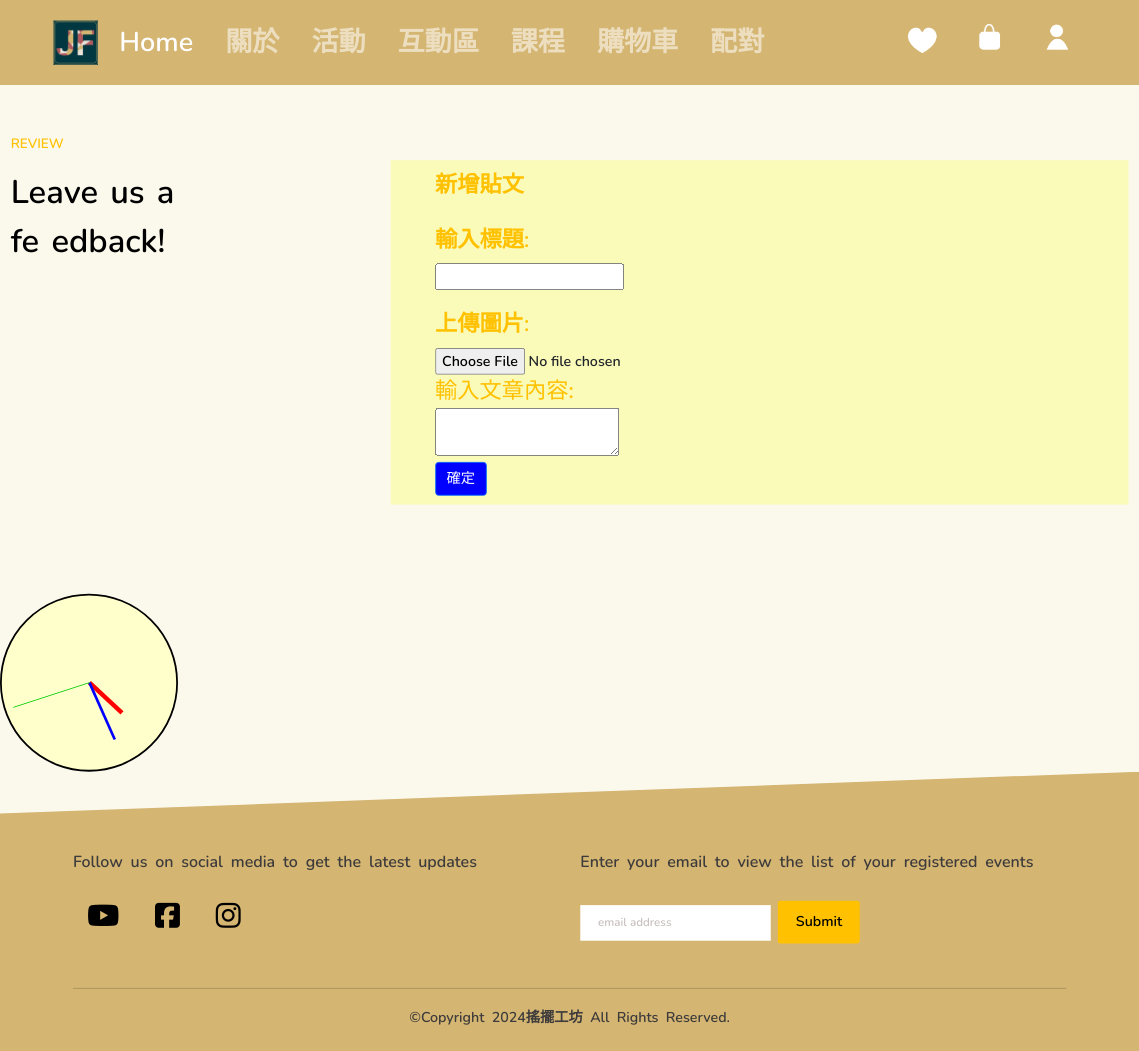
Repository: mmmooonnn0211/project
Page: workspace/demoSpringBoot-1/src/main/resources/static/html/LTInsertFront.html
The author's editor kept a copy of each file at every save. The page is drawn from the files as they stood at one save, then again after the next save.
The browser window is 1280 px wide. The pictures show the whole page, at 89% of full size.
Some web libraries are served in a nearby version.

Above is the page before, as saved 2024-05-09 11:47:03.
Console error: ReferenceError: jQuery is not defined

### workspace/demoSpringBoot-1/src/main/resources/static/html/LTInsertFront.html
<!DOCTYPE html>
<html lang="en">

<head>
	<meta charset="UTF-8">
	<meta name="viewport" content="width=device-width, initial-scale=1.0">
	<style>
		.main {
			min-height: 55vh;
			/* 让 .slant 至少占据整个视口高度 */

		}

		.clock {
			width: 200px;
			height: 200px;
			border: 2px solid #000;
			border-radius: 50%;
			background-color: #ffffcc;
			/* 背景淺黃色 */
			position: relative;
		}

		.hour,
		.minute,
		.second {
			position: absolute;
			background-color: #000;
			transform-origin: bottom center;
			/* 將旋轉的中心設置為底部中心 */
		}

		.hour {
			width: 5px;
			height: 50px;
			left: calc(50% - 2.5px);
			/* 計算時鐘中心 */
			bottom: 50%;
			background-color: #ff0000;
			/* 時針顏色：紅色 */
		}

		.minute {
			width: 3px;
			height: 70px;
			left: calc(50% - 1.5px);
			/* 計算時鐘中心 */
			bottom: 50%;
			background-color: #0000ff;
			/* 分針顏色：藍色 */
		}

		.second {
			width: 1px;
			height: 90px;
			left: calc(50% - 0.5px);
			/* 計算時鐘中心 */
			bottom: 50%;
			background-color: #00cc00;
			/* 秒針顏色：綠色 */
		}
	</style>
	<!-- Bootstrap CSS -->
	<link href="https://cdn.jsdelivr.net/npm/bootstrap@5.0.0-beta3/dist/css/bootstrap.min.css" rel="stylesheet"
		integrity="sha384-eOJMYsd53ii+scO/bJGFsiCZc+5NDVN2yr8+0RDqr0Ql0h+rP48ckxlpbzKgwra6" crossorigin="anonymous">
	<script src="https://kit.fontawesome.com/4287c80df9.js" crossorigin="anonymous"></script>

	<!--Google Font : Nunito-->
	<link rel="preconnect" href="https://fonts.gstatic.com">
	<link href="https://fonts.googleapis.com/css2?family=Nunito:wght@600&display=swap" rel="stylesheet">

	<!-- For style(All CSS content) -->
	<link rel="stylesheet" type="text/css" href="../styles/home.css" />
	<link rel="stylesheet" type="text/css" href="../styles/footer.css" />
	<link rel="stylesheet" type="text/css" href="../styles/navbar.css" />
	<link rel="icon" href="images/favicon.ico">

	<!-- JS Bundle for BS  -->
	<script src="https://cdn.jsdelivr.net/npm/popper.js@1.16.1/dist/umd/popper.min.js"
		integrity="sha384-9/reFTGAW83EW2RDu2S0VKaIzap3H66lZH81PoYlFhbGU+6BZp6G7niu735Sk7lN" crossorigin="anonymous">
		</script>

</head>


<body>



	</div>
	<!-- <section> -->
	<div class="main">
		<form method="post" action=" /LTinsertFront.controller" enctype="multipart/form-data"
			onsubmit="return validateForm();">
			<div class="container-fluid" style="margin-top: 150px;">
				<div class="row" style="margin-bottom: 100px; margin-top: 100px;">
					<div class="col-md-4" style="text-align: left;">
						<p class="review">REVIEW</p>
						<p class="feedback">Leave us a <br>fe edback!</p>
					</div>
					<div class="col-sm-8">
						<div class="container" id="cards" style="  background-color:rgb(250, 250, 185)">
							<div class="" style="margin: auto;">
								<div id="sugg" class="neon-yellow" style="font-weight: bold; font-size: 25px; ">新增貼文
								</div>
								<br>
								<div id="text" class="neon-yellow" style=" font-size: 25px;">輸入標題:
								</div>
								<div style="height:50px; ">
									<input id="title" name="title" style="width: auto;" ; />
								</div>
								<div id="text" class="neon-yellow" style="font-weight: bold; font-size: 25px;">上傳圖片:
								</div>
								<input type="file" id="picture" name="picture" />

								<div id="picture" class="neon-yellow" style="font-size:25px; ">
									輸入文章內容:
								</div>
								<textarea id="content" name="content"></textarea>

								<div>
									<button type="submit" class="btn btn-primary"
										style="background-color:blue">確定</button>
								</div>
							</div>
						</div>
					</div>
				</div>
			</div>
		</form>
		<div class="container text-center">

		</div>
	</div>




	<div class="container">
	</div>


	<script>

		fetch('basic.html')
			.then(response => response.text())
			.then(html => {
				document.body.innerHTML += html;
			});

	</script>
	<div id="clock"></div>

	<div class="clock" id="clock">
		<div class="hour" id="hour"></div>
		<div class="minute" id="minute"></div>
		<div class="second" id="second"></div>
	</div>

	<script>
		function updateClock() {
			var now = new Date();
			var hours = now.getHours();
			var minutes = now.getMinutes();
			var seconds = now.getSeconds();

			var hourDeg = (hours % 12) * 30 + minutes * 0.5; // 一小時30度，一分鐘0.5度
			var minuteDeg = minutes * 6; // 一分鐘6度
			var secondDeg = seconds * 6; // 一秒鐘6度

			document.getElementById('hour').style.transform = 'rotate(' + hourDeg + 'deg)';
			document.getElementById('minute').style.transform = 'rotate(' + minuteDeg + 'deg)';
			document.getElementById('second').style.transform = 'rotate(' + secondDeg + 'deg)';
		}

		// 每秒更新一次時間
		setInterval(updateClock, 1000);

		// 初始化頁面時立即更新時間
		updateClock();
	</script>
	<script type="text/javascript" charset="utf8"
		src="https://cdn.datatables.net/1.11.5/js/jquery.dataTables.js"></script>
	<script src="https://cdn.jsdelivr.net/npm/bootstrap@5.0.0-beta3/dist/js/bootstrap.bundle.min.js"
		integrity="sha384-JEW9xMcG8R+pH31jmWH6WWP0WintQrMb4s7ZOdauHnUtxwoG2vI5DkLtS3qm9Ekf" crossorigin="anonymous">
		</script>

</body>

</html>

### workspace/demoSpringBoot-1/src/main/resources/static/styles/home.css
/* hiding vertical scroll bar from every page */
::-webkit-scrollbar {
  width: 0 !important
}




body {
  font-family: 'Nunito', sans-serif;
  background-color: #FBF8EC;
  word-spacing: 0.25rem;
}

::selection {
  color: black;
  background: #ffc100;
}

::placeholder {
  color: rgb(202, 192, 192);
}

.neon-yellow {
  color: #ffc100;
}

.working-heading {
  font-size: 2.3rem;
  font-weight: bold;
  color: black;
}


.date-style {
  font-weight: 850;
  padding: 0 0 0.3rem 0;
}

.sub-heading {
  font-size: 1.5rem;
  font-weight: 1000;
  padding: 0 0 0.3rem 0;
}

.small-subtext {
  color: black;
  font-weight: 700;
  font-size: 1rem;
}

.process-heading {
  font-weight: 1000;
  font-size: 0.95rem;
}

.eng,
.feedback,
.some {
  font-size: 2.3rem;
  font-weight: 1000;
  color: black;
}

.center-line {
  border-left: 0.58rem solid #ffc100;
  height: 110%;
  position: absolute;
  top: 0%;
  left: 0%;
}

.padding-for-mobile {
  padding: 0 1rem 2rem 4rem;
  text-align: left;
  /*background-color:  white;*/
}

.stickyy-corner {
  position: -webkit-sticky;
  position: sticky;
  top: 0;
}

.timeline-left-style {
  color: black;
  text-align: right;
  padding: 0 4rem 0 5.2rem;
}

.timeline-right-style {
  color: black;
  text-align: left;
  position: relative;
  padding: 0 5.2rem 0 4rem;
  overflow-y: hidden;
}

.d-block {
  margin-top: 2%;
  border-radius: 7px;
  border: 3px solid rgb(245, 241, 241);
  width: 100%;
}

.chess,
.review,
.event {
  color: #ffc100;
  font-weight: 850;
  font-size: 0.95rem;
}


#text {
  font-weight: 850;
  font-size: 0.75rem;
  margin-bottom: 7px;
}

#sugg {
  font-size: 1.5rem;
  font-weight: 1000;
}

#btn {
  background-color: #ffc100;
  color: rgb(0, 0, 0);
  padding: 10px 20px;
  text-align: center;
  border: none;
  border-radius: 3px;
  display: block;
  margin: auto;
  margin-top: 15px;
  font-weight: bold;
}


#box,
#msg {
  background-color: #DDDDDD;
  border-radius: 3.5px;
  border: none;
  margin-bottom: 12px;
  width: 100%;
}

#msg {
  height: 120px;
}

#box {
  height: 35px;
}

#spon {
  color: black;
  margin-top: 60px;
  display: flex;
  justify-content: space-evenly;
  align-items: center;
  font-weight: bold;
  margin-bottom: 20px;
}

.image {
  height: 100px;
}

.image3 {
  height: 250px;
  overflow-y: hidden;
}

.pic1,
.pic2 {
  font-weight: bold;
  font-size: medium;
}

.pic1 {
  margin-top: 20px;
}

.column {
  display: flex;
  flex-direction: column;
  justify-content: space-evenly;
  align-items: center;
}

.columns {
  display: flex;
  flex-direction: column;
  justify-content: center;
  align-items: flex-start;
}

.pic2 {
  color: gray;
  font-size: small;
}

.event,
.some,
.last,
.pic,
.pic1,
.pic2 {
  display: flex;
  justify-content: space-evenly;
  align-items: center;
}

.subhead {
  color: black;
  font-size: 3rem;
  overflow-y: hidden;
}

.active {
  color: #ffc100;
}

.active:hover {
  color: #ffc100;
}

p {
  color: black;
}

.title-img {
  width: 25%;
  margin-left: 8%;
  transform: rotate(10deg);
}

.hover {
  color: #ffc100;
}

.title-img3 {
  width: 25%;
  transform: rotate(-10deg);
}

.title-img2 {
  width: 35%;
  padding-right: 5%;
  padding-left: 5%;


}

.carousel-img-styles {
  border: 0.13rem solid black;
  border-radius: 1rem;
}

h1 {
  font-size: 5rem;
  line-height: 1.5;
  font-weight: 900;
}

#title {
  margin-bottom: 11rem;
}

.col-lg-3 {
  padding-left: 3rem;
}

.ex-btn {
  margin-top: 2.5rem;
  margin-bottom: 30px;
}

.carousel-container {
  width: 55%;
}

#cards {
  padding: 10px 50px;
}

.card {
  background-color: black;
  border-radius: 10px;
  /* display: block;
    margin: auto;
    font: 16px;
    width:55%; */
  padding: 30px 20px;

}

@media only screen and (max-width: 767px) {
  .small-subtext {
    font-size: 0.8rem;
  }

  .padding-for-mobile {
    padding: 0 0 4rem 2rem;
  }

  /*
  .sticky-corner {
    position: static;
  }
  */
  #cards {
    padding: 0px 20px;
  }


  .sub-heading {
    font-size: 1.3rem;
  }

  .process-heading {
    font-size: 0.85rem;
  }

  .working-heading {
    font-size: 1.5rem;
  }

  .timeline-left-style {
    padding: 0 2.5rem 0 3rem;
  }

  .timeline-right-style {
    padding: 0 3rem 0 2.5rem;
  }

  #spon {
    font-size: 1.5rem;
  }

  .some,
  .eng,
  .feedback {
    font-size: 1.5rem;
  }

  .card {
    width: 100%;
  }

  .pic {
    flex-direction: column;
  }

  .carousel-container {
    width: 85%;
  }
}

@media only screen and (max-width: 575px) {

  .title-img,
  .title-img3 {
    display: none;
  }

  .title-img2 {
    display: block;
    margin: auto;
    width: 100%;
    padding: 50px;
  }
}

@media only screen and (max-width: 375px) {


  .date-style {
    font-size: 0.8rem;
  }

  .sub-heading {
    font-size: 0.9rem;
  }

  .small-subtext {
    font-size: 0.7rem;
  }

  .timeline-left-style {
    padding: 0 1.6rem 0 2rem;
  }

  .timeline-right-style {
    padding: 0 2rem 0 2rem;
  }
}

### workspace/demoSpringBoot-1/src/main/resources/static/styles/footer.css
/*
hiding vertical scroll bar from every page
*/
::-webkit-scrollbar {
    width: 0 !important
}




.slant {
    /* width: 110%;
    background-color: #DDDDDD;
    transform: rotate(-3deg);
    height: 100px; */
    clip-path: polygon(0 15%, 100% 0, 100% 100%, 0 100%);
  }

  .container{
    margin-top: 30px;
  }

  .left, .right {
    font-size: large;
    font-weight: bold;
    margin-top: 50px;
    color: rgb(61, 59, 59);
    margin-bottom: 30px;
  }

  .below {
    background-color:#D4B572;
    position: relative;
    padding-top: 8px;
    padding-bottom: 6px;
    width: 100%;
    height: 100%;
  }

  #mail {
    border: none;
    height: 30px;
    padding: 20px;
    font-size: small;
    font-weight: bold;
  }

  #bttn {
    background-color: #ffc100;
    color: black;
    padding: 12px 20px;
    text-align: center;
    border: none;
    border-radius: 3px;
    font-weight: bold;
  }


  .fa-youtube:hover{
    color: rgb(230, 59, 59);
    transition: 0.5s;
  }

  .fa-twitter:hover, .fa-facebook-square:hover{
    color: rgba(18, 212, 212, 0.596);
    transition: 0.5s;
  }

  .fa-instagram:hover{
    color: rgb(218, 30, 61);
    transition: 0.5s;
  }

  .fa-github{
    color: rgb(43, 36, 36);
    transition: 0.5s;
  }

  .fab {
    padding: 0 1rem 0 1rem;
    font-size: 2rem;
    color: black;
  }

  .last {
    font-weight: 900;
    color: rgb(61, 59, 59);
    margin: 20px;
    display: flex;
  justify-content: space-evenly;
  align-items: center;
  }

  @media only screen and (max-width: 767px) {
    .slant{
      clip-path: polygon(0 5%, 100% 0, 100% 100%, 0 100%);
    }
  }

  @media only screen and (max-width: 375px) {
    .slant{
      clip-path: polygon(0 5%, 100% 0, 100% 100%, 0 100%);
    }
  }

### workspace/demoSpringBoot-1/src/main/resources/static/styles/navbar.css
/* 鼠標移動導覽列*/
.nav-item :hover {
  color: rgb(255, 128, 128);
  cursor: pointer;
  background-color: #B15A5E;
  border-radius: 10px;
}

.navbar a {
  color: #ff2600a2;
  border-radius: 10px;
}


.navbar {
  padding: 1rem 2rem;
  position: fixed;
  z-index: 100;
  width: 100%;
  margin: 0;
  top: 0;
  left: 0;
  background-color: #D4B572;
}

.nav-item {
  padding: 0 20px 0 0;
}

.nav-link {
  font-size: 1.9rem;
  font-weight: 900;

}


.dropdown-item,
.dropdown-menu {
  background-color: #B15A5E;
  color: #BF3F41;
  ;
  margin: 0;
}






.dropdown-menu a {
  color: white;
  ;
  text-decoration: none;
  display: block;
  text-align: left;
}

### workspace/demoSpringBoot-1/src/main/resources/static/html/basic.html
<!doctype html>
<html lang="en">

<head>
    <!-- Required meta tags -->
    <meta charset="utf-8">
    <meta name="viewport" content="width=device-width, initial-scale=1">




    <title>JFSwing</title>
</head>

<body>

    <!-- Shashank's Section -->
    <!-- <section class="title"> -->
    <!-- Navbar section -->
    <nav class="navbar navbar-expand-lg navbar-dark">
        <!-- <LOGO> -->
        <div class="container-fluid">
            <div width="50px" height="50px">
                <a class="m-3" href="index.html"> <img src="../images/LOGO.png" width="50px" height="50px"
                        alt="Eternals">
                </a>
                <button class="navbar-toggler" type="button" data-bs-toggle="collapse" data-bs-target="#navbarCollapse"
                    aria-controls="navbarCollapse" aria-expanded="false" aria-label="Toggle navigation">
                    <span class="navbar-toggler-icon"></span>
                </button>
            </div>
            <div class="collapse navbar-collapse" id="navbarCollapse">
                <ul class="navbar-nav ">
                    <li class="nav-item">
                        <a class="nav-link active" href="frontPage.html">Home </a>
                    </li>
                    <li class="nav-item">
                        <a class="nav-link" href="about.html">關於</a>
                    </li>
                    <li class="nav-item">
                        <a class="nav-link" href="EventAll.html">活動</a>
                    </li>
                    <li class="nav-item">
                        <a class="nav-link" href="/LTSelectAll2">互動區</a>
                    </li>
                    <li class="nav-item">
                        <a class="nav-link" href="contact.html">課程</a>
                    </li>
                    <li class="nav-item">
                        <a class="nav-link" href="">購物車</a>
                    </li>
                    <li class="nav-item">
                        <a class="nav-link" href="">配對</a>
                    </li>

                </ul>

            </div>

            <!-- <右上角的東西> -->
            <div class="navbar-nav justify-content-end">
                <ul class="navbar-nav">
                    <li class="nav-item">
                        <div class="m-2 rounded-circle overflow-hidden align-self-center ratio ratio-1x1"
                            style="width: 40px">
                            <img src="../images/LOVE.png" alt="" class="object-fit-cover w-100 h-100" />
                        </div>
                    </li>
                    <li class="nav-item">
                        <div class="m-2 rounded-circle overflow-hidden align-self-center ratio ratio-1x1"
                            style="width: 40px">
                            <img src="../images/SHOP.png" alt="" class="object-fit-cover w-100 h-100" />
                        </div>
                    </li>
                    <li class="nav-item">
                        <a href="#" target="_blank"
                            class="m-2 rounded-circle overflow-hidden align-self-center ratio ratio-1x1"
                            style="width: 40px; display: inline-block;">
                            <img src="../images/MAN.png" alt="Facebook" class="object-fit-cover w-100 h-100" />
                        </a>
                    </li>

                </ul>

            </div>
        </div>
    </nav>

    <!-- Title -->
    <!-- <中間> -->



    <!-- footer-->
    <div class="slant footer-content mt-auto">

        <footer class="below">
            <div class="container">
                <div class="row">
                    <div class="col-lg-6">
                        <p class="left">Follow us on social media to get the latest updates</p>
                        <a href="#"><i class="fab fa-youtube"></i></a>
                        <a href="https://www.facebook.com/apple.hi.77?mibextid=kFxxJD"><i
                                class="fab fa-facebook-square"></i></a>
                        <a href="#"><i class="fab fa-instagram"></i></a>

                    </div>
                    <div class="col-lg-6">
                        <p class="right">Enter your email to view the list of your registered events</p>
                        <input id="mail" placeholder="email address">
                        <span><button id="bttn">
                                Submit </button></span>
                    </div>
                </div>
                <hr style="margin-top: 50px;">
            </div>
            <div class="last">&copy;Copyright 2024搖擺工坊 All Rights Reserved.</div>
        </footer>

    </div>



</body>

</html>

After the next save:
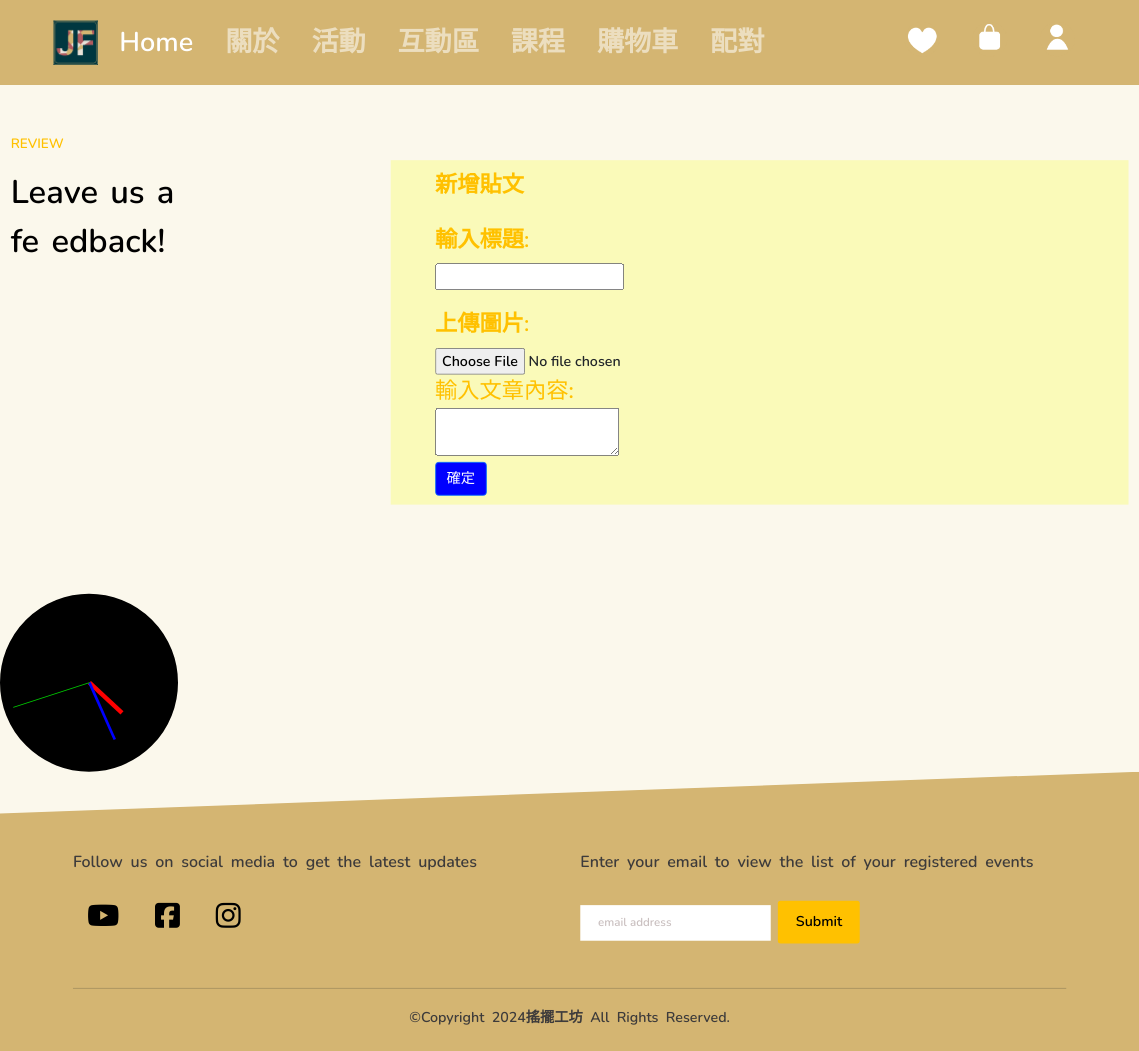
Saved 43 s later.
--- a/workspace/demoSpringBoot-1/src/main/resources/static/html/LTInsertFront.html
+++ b/workspace/demoSpringBoot-1/src/main/resources/static/html/LTInsertFront.html
@@ -16,8 +16,7 @@
 			height: 200px;
 			border: 2px solid #000;
 			border-radius: 50%;
-			background-color: #ffffcc;
-			/* 背景淺黃色 */
+			background-color: #000;
 			position: relative;
 		}
 
